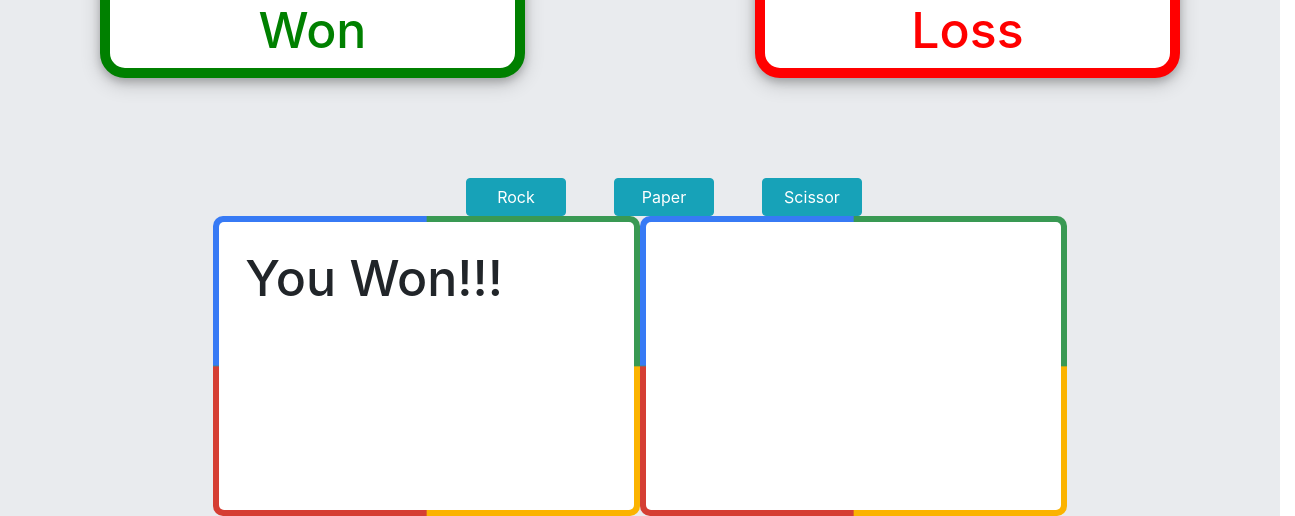
Repository: tts2610/React-Intro
Page: /
These files come from the project's save history. The page is drawn as it stood at one moment and after the next save; the edit follows.
The browser window is 1280 px wide. The page is 1295 px wide, so the pictures cover 1295 px, including what lies to the right of the window. The pictures show the part of the page from y = 428 to 944 px (the page is 944 px tall).
Some web libraries are served in a nearby version. The project was rebuilt for these pictures with package versions that can differ from the ones it lists, and the page was loaded fresh each time. Also part of the build but not shown: src/components/History.js.

Above is the page before, as saved 2020-05-26 23:09:50.

After the next save:
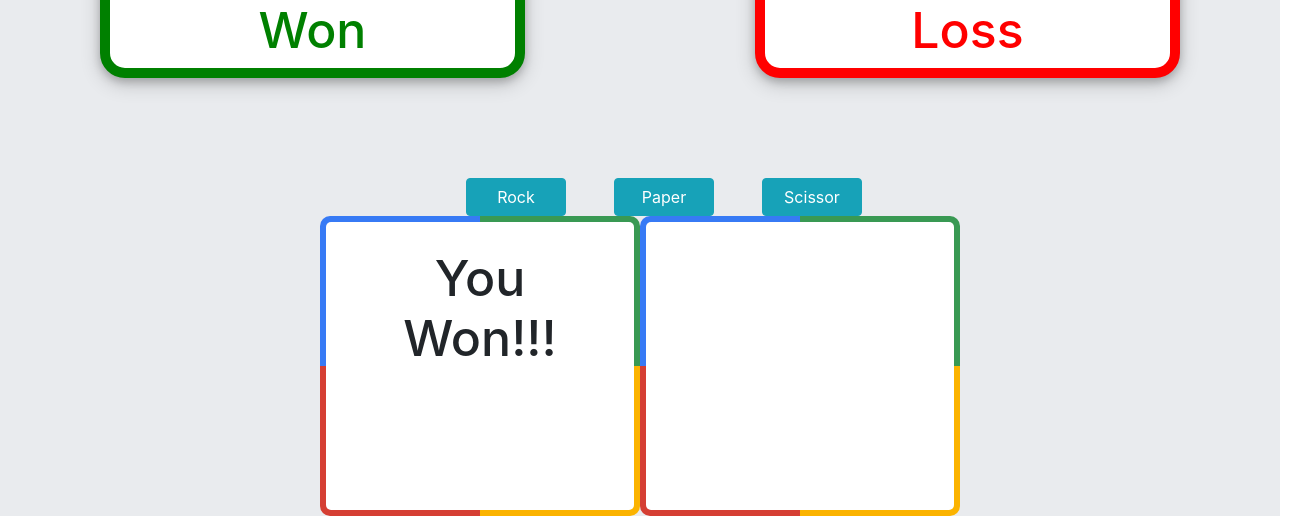
Saved 12 s later.
--- a/src/App.js
+++ b/src/App.js
@@ -73,10 +73,10 @@ export default class App extends Component{
         <Button type="scissor" handleClick={this.handleClick}/>
         </div>
         <div className="row mx-auto resultContainer">
-          <div className="col-md-4 rainbow">
+          <div className="col-md-3 rainbow">
           <Result result={[this.state.me.winner,this.state.computer.winner]}/>
           </div>
-          <div className="col-md-4 rainbow">
+          <div className="col-md-3 rainbow">
 
           </div>
 
